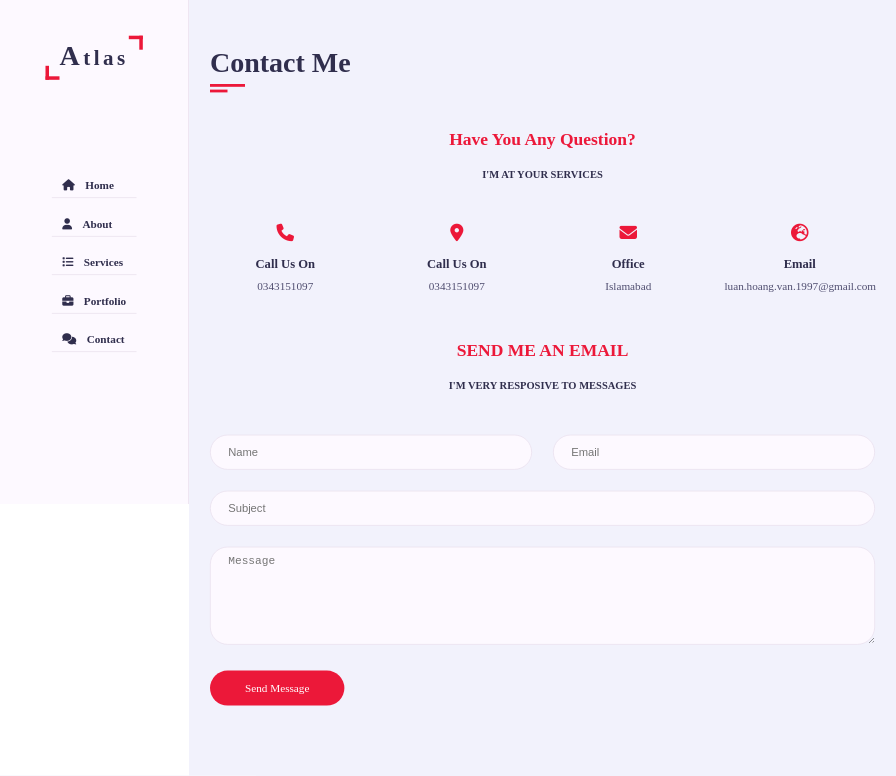
Repository: luanhoang0902/portfolio-ui
Page: index.html
The author's editor kept a copy of each file at every save. The page is drawn from the files as they stood at one save, then again after the next save.
The browser window is 1280 px wide. The pictures show the part of the page from y = 0 to 1920 px (the page is 1108 px tall before and 5045 px after), at 70% of full size.
Some web fonts or font styles are not loaded; a fallback is used. Some web libraries are served in a nearby version.

Above is the page before, as saved 2022-06-03 13:03:20.

After the next save:
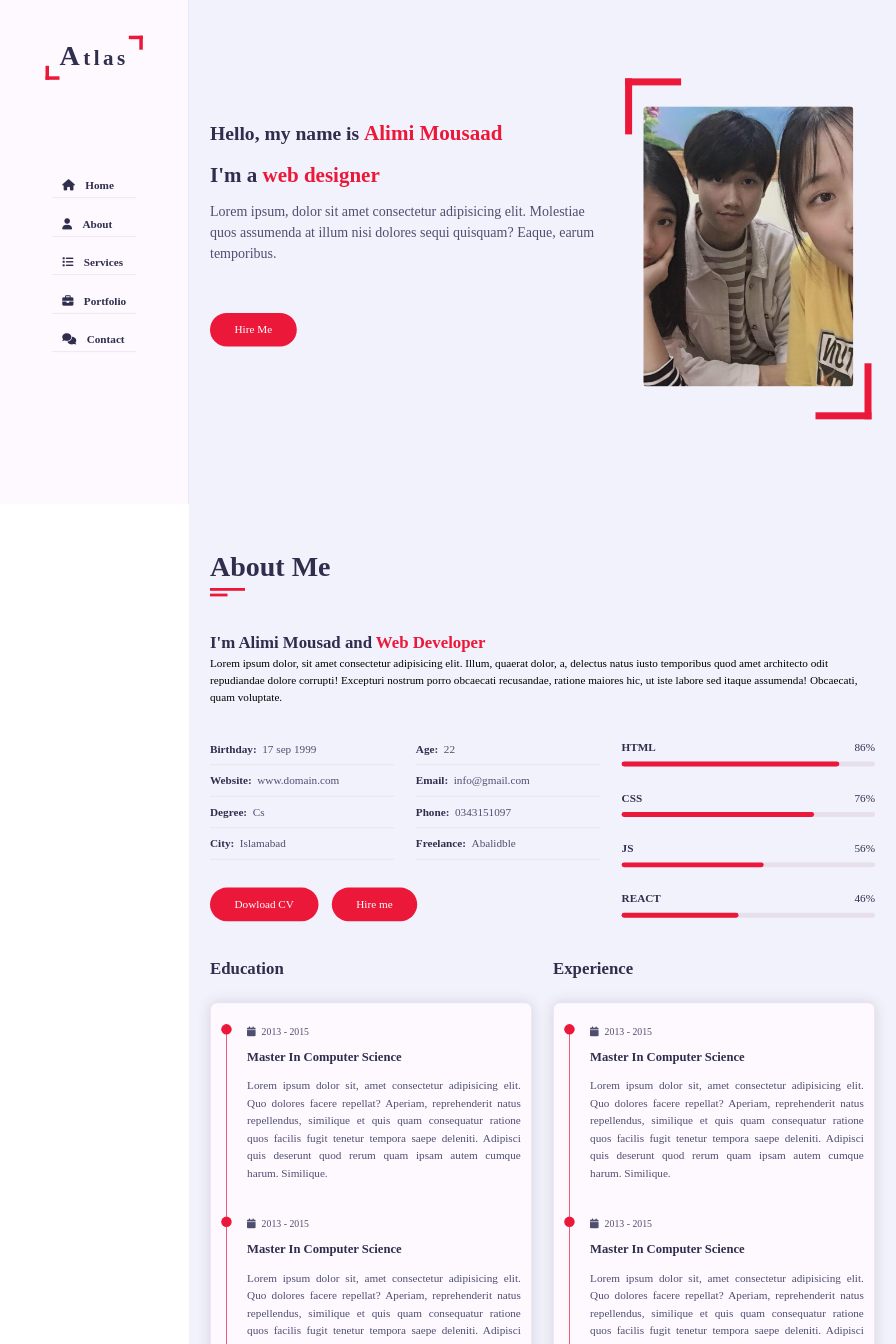
Saved 55 s later.
--- a/index.html
+++ b/index.html
@@ -47,7 +47,7 @@
       <!--  ===== Main Content Start> ===== -->
       <div class="main-content">
         <!--  ===== Home Selection Start> ===== -->
-        <section class="home section hidden">
+        <section class="home section">
           <div class="container">
             <div class="row">
               <div class="home-info padd-15">
@@ -72,7 +72,7 @@
         </section>
         <!--  ===== Home Selection End> ===== -->
         <!--  ===== About Selection Start> ===== -->
-        <section class="about section hidden">
+        <section class="about section">
           <div class="container">
             <div class="row">
               <div class="section-title padd-15">
@@ -302,7 +302,7 @@
         </section>
         <!--  ===== About Selection End> ===== -->
         <!--  ===== Services Selection Start> ===== -->
-        <section class="service section hidden">
+        <section class="service section">
           <div class="container">
             <div class="row">
               <div class="section-title padd-15">
@@ -381,7 +381,7 @@
         </section>
         <!--  ===== Services Selection End> ===== -->
         <!--  ===== Portfolio Selection Start> ===== -->
-        <section class="portfolio section hidden">
+        <section class="portfolio section">
           <div class="container">
             <div class="row">
               <div class="section-title padd-15">
